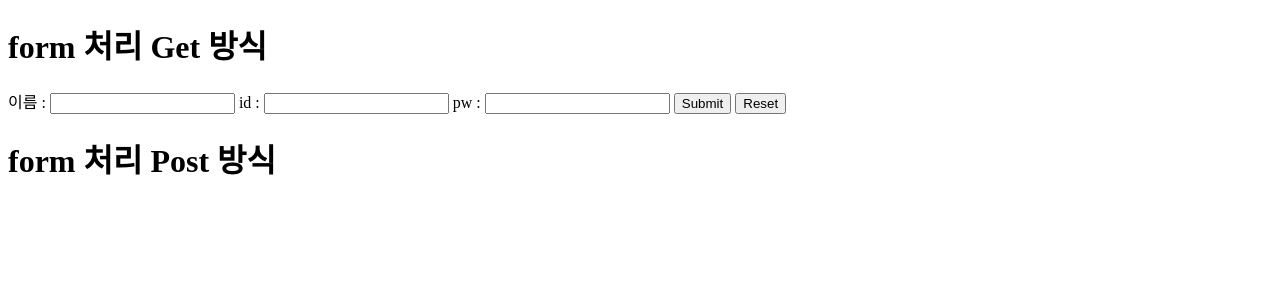
Repository: ssleap/multicampusIoT
Page: workspace190520/edu1/WebContent/form1.html
An editor plug-in stored every save of this project. The page is shown before and after the next save, followed by the edit.
The browser window is 1280 px wide. The pictures show the whole page.

Above is the page before, as saved 2019-05-22 01:28:18.

### workspace190520/edu1/WebContent/form1.html
<!DOCTYPE html>
<html>
<head>
<meta charset="UTF-8">
<meta name = "viewport" content ="width=device-width, initial-scale=1">
<title>Insert title here</title>
</head>
<body>


	<h1> form 처리 Get 방식</h1>

	<form method ="get">
		이름 : <input
		type = "text" name = 'name' value ="">
		id : <input type = "text" name = "id" value = "">
		pw : <input
		type = "text" name = "password" value = "">

		<input type = "submit">
		<input type = "reset">
	</form>

	<h1> form 처리 Post 방식</h1>


</body>
</html>

After the next save:
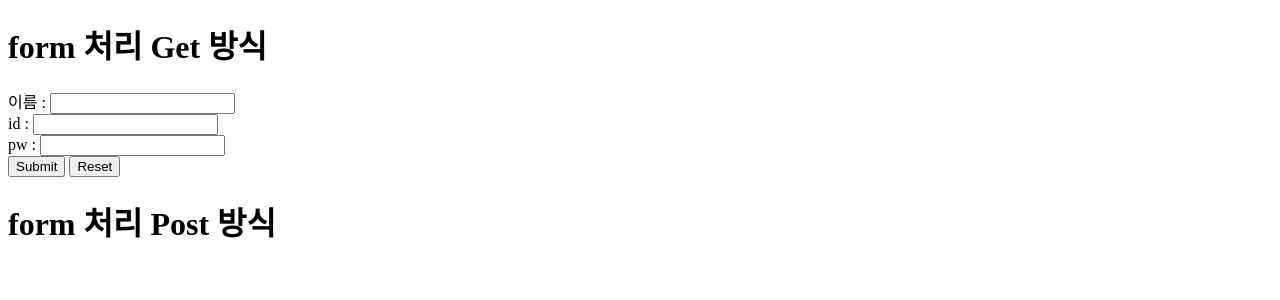
Saved 118 s later.
--- a/workspace190520/edu1/WebContent/form1.html
+++ b/workspace190520/edu1/WebContent/form1.html
@@ -12,10 +12,12 @@
 
 	<form method ="get">
 		이름 : <input
-		type = "text" name = 'name' value ="">
+		type = "text" name = 'name' value =""><br>
+
 		id : <input type = "text" name = "id" value = "">
+		<br>
 		pw : <input
-		type = "text" name = "password" value = "">
+		type = "text" name = "password" value = ""><br>
 
 		<input type = "submit">
 		<input type = "reset">
